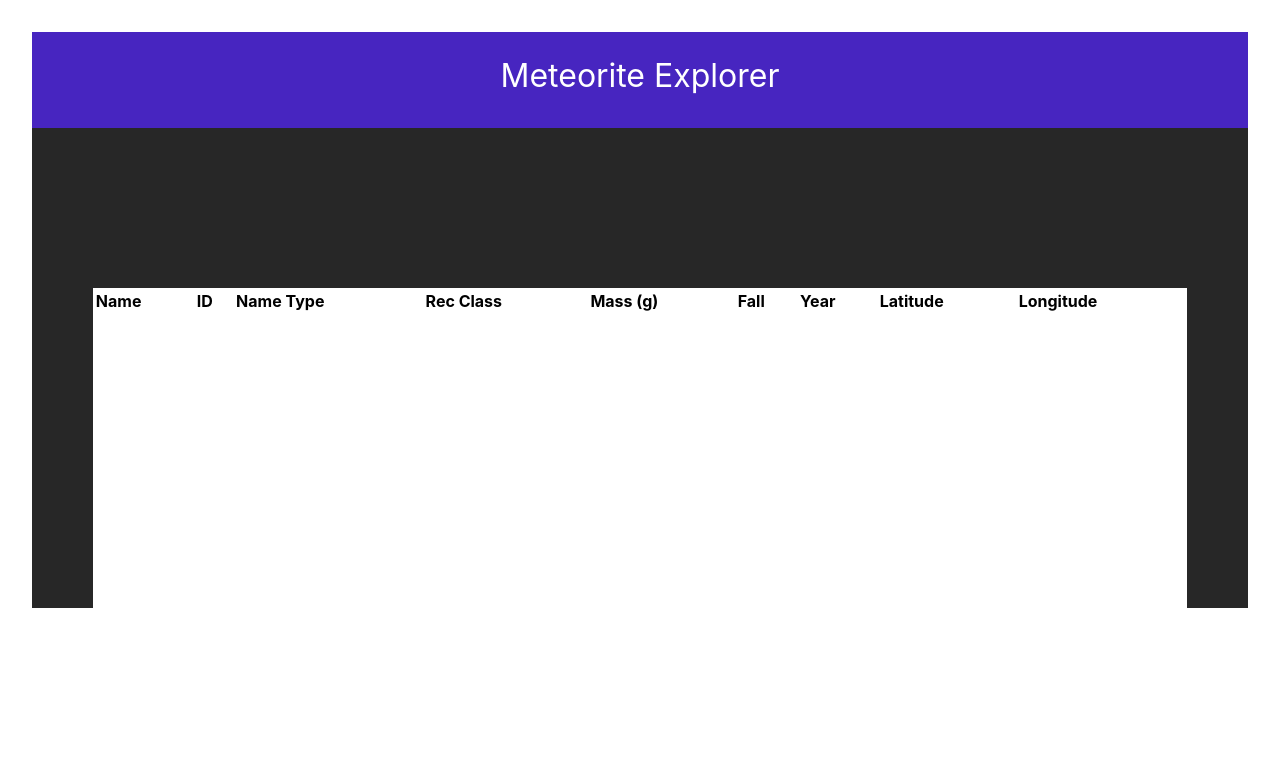
Repository: Tsardines/meteorite-explorer
Page: / (app in meteorite-explorer/)
These files come from the project's save history. The page is drawn as it stood at one moment and after the next save; the edit follows.
The browser window is 1280 px wide. The pictures show the whole page.
The page's requests for data from a server got no answer. The project was rebuilt for these pictures with package versions that can differ from the ones it lists, and the page was loaded fresh each time. No one was signed in, and anything a server would have sent is missing.

Above is the page before, as saved 2019-05-27 16:58:39.

After the next save:
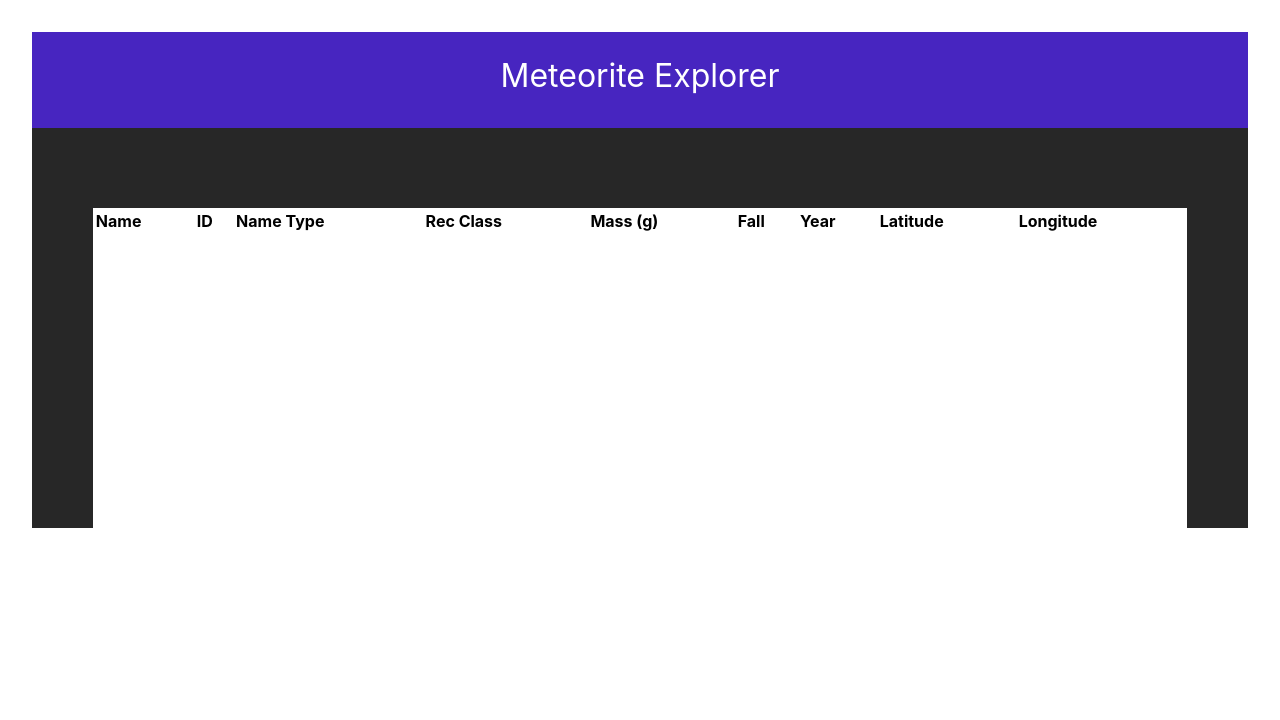
Saved 11 s later.
--- a/meteorite-explorer/src/App.css
+++ b/meteorite-explorer/src/App.css
@@ -18,7 +18,7 @@
 .my-table {
   background-color: white;
   height: 20rem;
-  margin: 10rem auto;
+  margin: 5rem auto;
   overflow-y: scroll;
   width: 90%;
 }

After the save that followed:
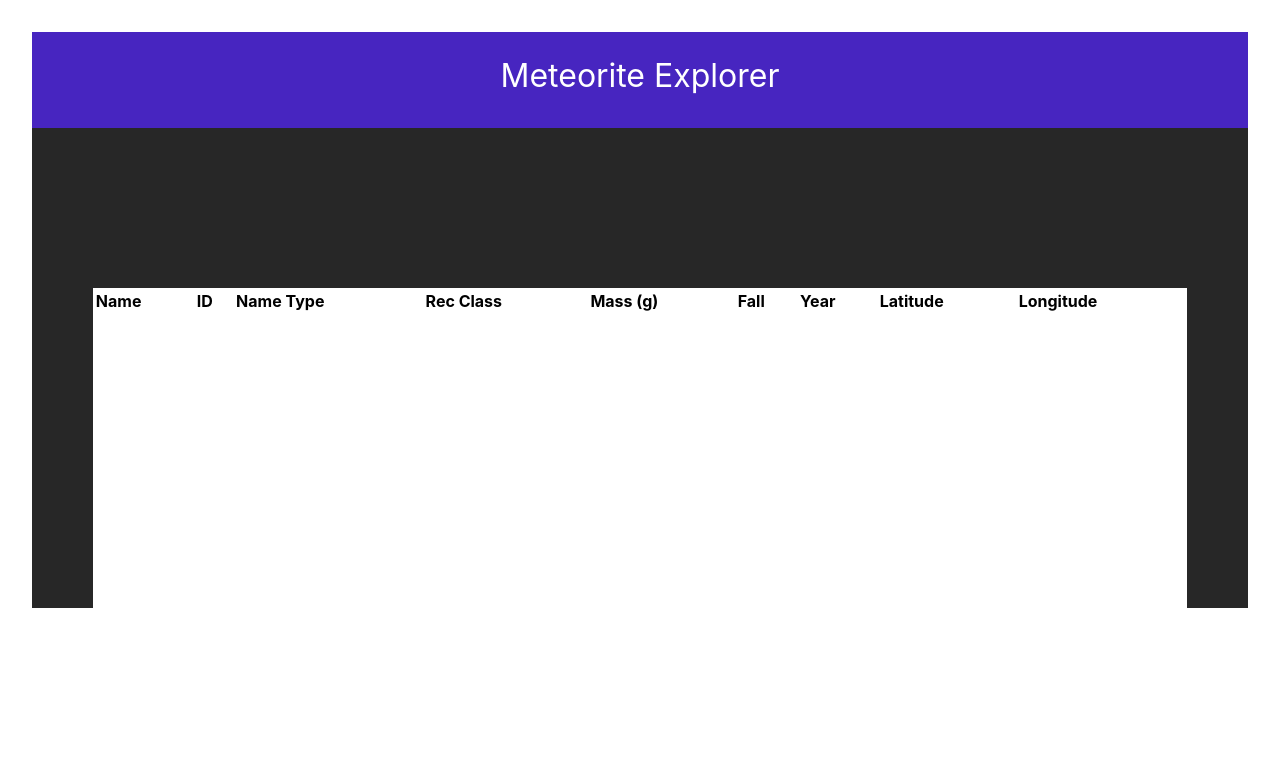
Saved 17 s later.
--- a/meteorite-explorer/src/App.css
+++ b/meteorite-explorer/src/App.css
@@ -18,7 +18,7 @@
 .my-table {
   background-color: white;
   height: 20rem;
-  margin: 5rem auto;
+  margin: 10rem auto;
   overflow-y: scroll;
   width: 90%;
 }
